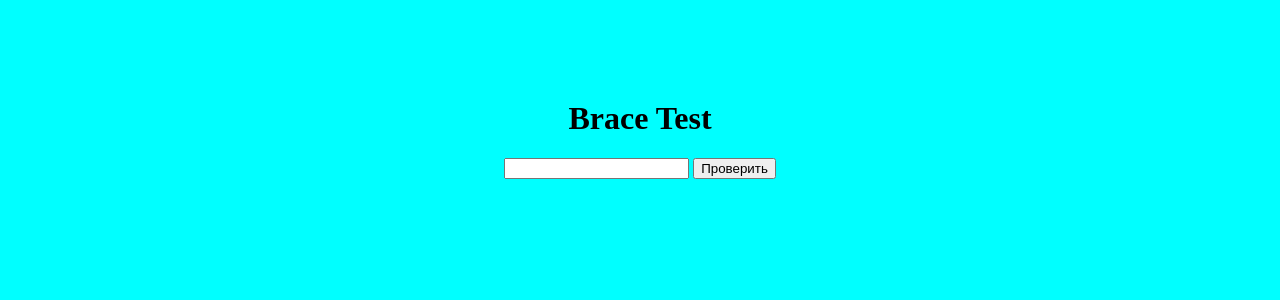
Repository: PGVlasov/braces
Page: index.html
The author's editor kept a copy of each file at every save. The page is drawn from the files as they stood at one save, then again after the next save.
The browser window is 1280 px wide. The pictures show the whole page.

Above is the page before, as saved 2021-04-06 19:19:14.

After the next save:
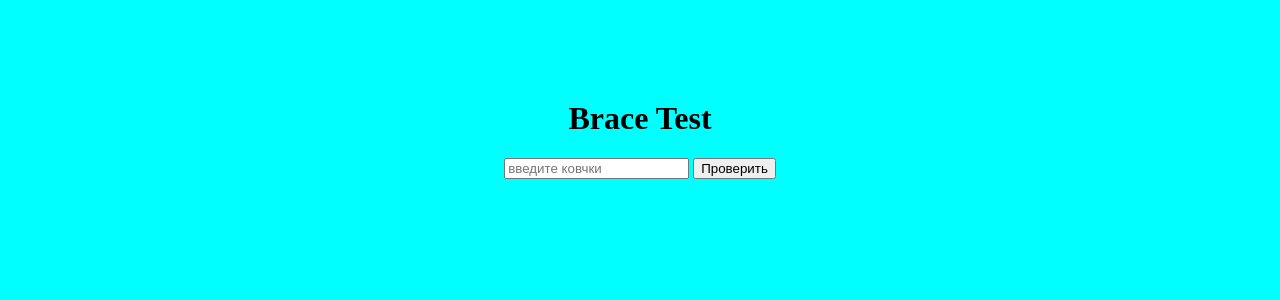
Saved 46 s later.
--- a/index.html
+++ b/index.html
@@ -3,7 +3,12 @@
   <link rel="stylesheet" type="text/css" href="style.css" />
   <div class="form">
     <form>
-      <input type="text" class="myValidate" id="inputValue" value="" />
+      <input
+        type="text"
+        class="myValidate"
+        id="inputValue"
+        placeholder="введите ковчки"
+      />
       <button class="button-order">Проверить</button>
     </form>
     <script src="index.js"></script>
